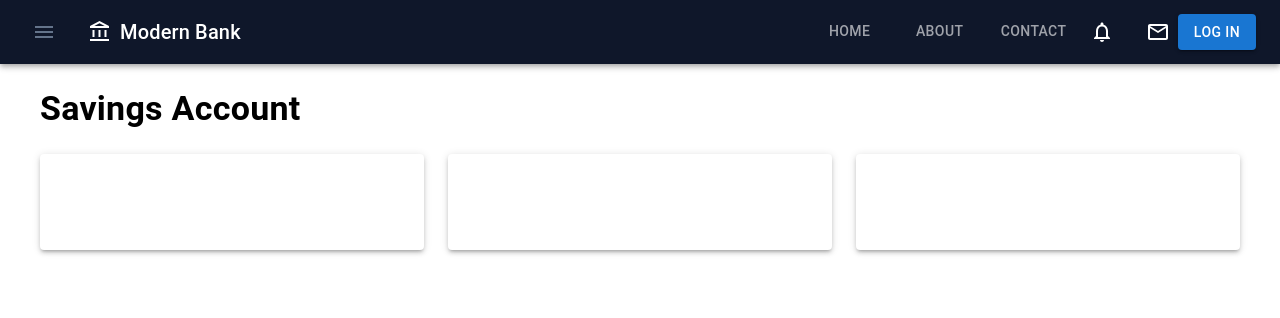
Repository: MohammadMazloum123/Moder-Bank-Full-Stack-Project
Page: /savings-account (app in Desktop/front-modernbank/front-modernbank/)
An editor plug-in stored every save of this project. The page is shown before and after a run of saves, followed by the edit.
The browser window is 1280 px wide. The pictures show the whole page.
The project was rebuilt for these pictures with package versions that can differ from the ones it lists, and the page was loaded fresh each time. Also part of the build but not shown: Desktop/front-modernbank/front-modernbank/src/components/HomePage.jsx, Desktop/front-modernbank/front-modernbank/src/transactions/NewTransaction.tsx, Desktop/front-modernbank/front-modernbank/src/transactions/TransactionsHistory.tsx.

Above is the page before, as saved 2024-11-18 17:16:59.

### Desktop/front-modernbank/front-modernbank/public/index.html
<!DOCTYPE html>
<html lang="en">
  <head>

    <meta charset="utf-8" />
    <link rel="icon" href="%PUBLIC_URL%/favicon.ico" />
    <meta name="viewport" content="width=device-width, initial-scale=1" />
    <meta name="theme-color" content="#000000" />
    <meta
      name="description"
      content="Web site created using create-react-app"
    />
    <link rel="apple-touch-icon" href="%PUBLIC_URL%/logo192.png" />

    <link rel="manifest" href="%PUBLIC_URL%/manifest.json" />

    <title>Modern Bank App</title>
    <style>
      body{
        margin: 0;
        padding: 0;
        box-sizing: border-box;
      }
    </style>
  </head>
  <body>
    <noscript>You need to enable JavaScript to run this app.</noscript>
    <div id="root"></div>
  </body>
</html>

### Desktop/front-modernbank/front-modernbank/src/App.js
import React from "react";
import { Box} from "@mui/material";
import NavBar from "./components/NavBar";
import {BrowserRouter as Router} from "react-router-dom";
import AppRoutes from "./route/AppRoutes.tsx";


function App() {
  return (
    <Router>
      <Box>
        <NavBar/>
      </Box>
      <AppRoutes/>
    </Router>
  );
}

export default App;

### Desktop/front-modernbank/front-modernbank/src/components/NavBar.jsx
import { AppBar, Toolbar, Typography, Tabs, Tab, Button, Box } from '@mui/material'
import React, { useState } from 'react'
import DrawerComp from '../DrawerComp';
import NotificationsNoneOutlinedIcon from '@mui/icons-material/NotificationsNoneOutlined';
import EmailOutlinedIcon from '@mui/icons-material/EmailOutlined';
import { AccountBalanceOutlined } from '@mui/icons-material';
import { Link } from 'react-router-dom';

const NavBar = () => {
    const [value, setvalue] = useState();
return (
    <AppBar position='sticky' sx={{bgcolor:"#0f172a"}}>
        <Toolbar>

                <DrawerComp/>
                <Box display="flex" alignItems="center" flex={3} ml={3}>
                    <AccountBalanceOutlined fontSize='medium' sx={{ color: "white", mr: 1 }} />
                        <Typography variant='h6' color='inherit'>
                            Modern Bank
                        </Typography>
                </Box>
            <Box display="flex" flex={0.7} justifyContent="center">
                <Tabs
                textColor='inherit'
                indicatorColor='secondary'
                value={value}
                onChange={(e, value) => setvalue(value)}
                >
                        <Tab LinkComponent={Link} to="/" label="Home"/>
                        <Tab label="About"/>
                        <Tab label="Contact"/>
                </Tabs>
            </Box>
            <Box display="flex" flex={0.4} alignItems="center" justifyContent="center">
                <NotificationsNoneOutlinedIcon sx={{mr:4}}/>
                <EmailOutlinedIcon/>
            </Box>
            <Box display="flex" justifyContent="flex-end">
                <Button sx={{marginLeft:'auto'}} variant='contained'>Log In</Button>
            </Box>
        </Toolbar>
    </AppBar>
)
}

export default NavBar

### Desktop/front-modernbank/front-modernbank/src/route/AppRoutes.tsx
import React from 'react'
import {Routes, Route} from "react-router-dom";
import HomePage from '../components/HomePage';
import NewTransaction from '../transactions/NewTransaction.tsx';
import TransactionsHistory from '../transactions/TransactionsHistory.tsx';
import SavingsAccount from '../savings/SavingsAccount.tsx';

const AppRoutes = () => {
    return (
        <Routes>
            <Route path='/' element={<HomePage/>}/>
            <Route path='/new-transactions' element={<NewTransaction/>}/>
            <Route path='/transactions-history' element={<TransactionsHistory/>}/>
            <Route path='/savings-account' element={<SavingsAccount/>}/>
        </Routes>
    )
}

export default AppRoutes

### Desktop/front-modernbank/front-modernbank/src/DrawerComp.jsx
import React, {useState} from 'react'
import MenuIcon from '@mui/icons-material/Menu';
import {
    Drawer,
    IconButton,
    List,
    ListItemButton,
    ListItemIcon,
    ListItemText,
    Typography,
    Collapse,
    Divider,
    Box,
    Switch
    } from '@mui/material';

import {
    ExpandLess,
    ExpandMore,
    AddOutlined,
    SavingsOutlined,
    HistoryOutlined,
    CreditCardOutlined,
    TrendingUpOutlined,
    AccountBalanceOutlined,
    PercentOutlined,
    AttachMoneyOutlined,
    ShowChartOutlined,
    LogoutOutlined,
} from "@mui/icons-material";
import { Link } from 'react-router-dom';


const DrawerComp = () => {
    const [OpenDrawer, setOpenDrawer] = useState(false);
      // Dropdown states
        const [transactionsOpen, setTransactionsOpen] = useState(false);
        const [savingsOpen, setSavingsOpen] = useState(false);
        const [expenseTracker, setExpenseTracker] = useState(false);

return (
    <>
        <Drawer
        open={OpenDrawer}
        onClose={() => setOpenDrawer(false)}
        sx={{padding: "16px"}}
        >
        <Typography
            variant="h6"
            sx={{
            padding: 2,
            textAlign: "center",
            bgcolor: "#0f172a",
            color: "white",
        }}
        >
            Modern Bank
        </Typography>
        <Divider/>

            <List sx={{p: 2 ,width:"340px"}}>
                {/* Account Transactions Dropdown */}
                <ListItemButton onClick={() => setTransactionsOpen(!transactionsOpen)}>
                    <ListItemIcon>
                        <CreditCardOutlined/>
                    </ListItemIcon>
                    <ListItemText primary="Transactions"/>
                    {transactionsOpen ? <ExpandLess/> : <ExpandMore/>}
                </ListItemButton>
                <Collapse in={transactionsOpen} timeout="auto" unmountOnExit>
                    <List component="div" disablePadding sx={{pl : 2}}>
                        <ListItemButton component={Link} to="/new-transactions">
                            <ListItemIcon>
                                <AddOutlined fontSize='small'/>
                            </ListItemIcon>
                        <ListItemText primary="New Transactions"/>
                        </ListItemButton>
                        <ListItemButton component={Link} to="/transactions-history">
                            <ListItemIcon>
                                <HistoryOutlined fontSize='small'/>
                            </ListItemIcon>
                        <ListItemText primary="Transactions History"/>
                        </ListItemButton>
                    </List>
                </Collapse>
                <Divider/>
                {/* Savings Dropdown */}
                <ListItemButton onClick={() => setSavingsOpen(!savingsOpen)}>
                    <ListItemIcon>
                        <SavingsOutlined fontSize='small'/>
                    </ListItemIcon>
                    <ListItemText primary="Savings"/>
                    {savingsOpen ? <ExpandLess/> : <ExpandMore/>}
                </ListItemButton>
                <Collapse in={savingsOpen} timeout="auto" unmountOnExit>
                    <List component="div" disablePadding sx={{pl : 2}}>
                        <ListItemButton component={Link} to="/savings-account">
                            <ListItemIcon>
                                <AccountBalanceOutlined fontSize='small'/>
                            </ListItemIcon>
                            <ListItemText primary="Savings Account"/>
                        </ListItemButton>
                        <ListItemButton>
                            <ListItemIcon>
                                <TrendingUpOutlined fontSize='small'/>
                            </ListItemIcon>
                            <ListItemText primary="Savings Goals"/>
                        </ListItemButton>
                        <ListItemButton>
                            <ListItemIcon>
                                <PercentOutlined fontSize='small'/>
                            </ListItemIcon>
                            <ListItemText primary="Interest Rate"/>
                        </ListItemButton>
                    </List>
                </Collapse>
                <Divider/>
            <ListItemButton onClick={() => setExpenseTracker(!expenseTracker)}>
                <ListItemIcon>
                    <AttachMoneyOutlined fontSize='small'/>
                </ListItemIcon>
                    <ListItemText primary="Expense Tracker" />
                    {transactionsOpen ? <ExpandLess/> : <ExpandMore/>}
            </ListItemButton>
            <Collapse in={expenseTracker} timeout="auto" unmountOnExit>
                <List component="div" disablePadding sx={{pl : 2}}>
                    <ListItemButton>
                        <ListItemIcon>
                            <ShowChartOutlined fontSize='small'/>
                        </ListItemIcon>
                        <ListItemText primary="Track Expenses"/>
                    </ListItemButton>
                </List>
            </Collapse>
              {/* Dark Mode Switch */}
        <Box display="flex" alignItems="center" mt={2}>
            <Typography variant="body1" sx={{ flexGrow: 1 }}>
                Dark Mode
            </Typography>
            <Switch
                inputProps={{ 'aria-label': 'Dark Mode Switch' }}
            />

            <ListItemButton>
                        <ListItemText primary="Log Out"/>
                        <ListItemIcon>
                            <LogoutOutlined/>
                        </ListItemIcon>
                    </ListItemButton>
        </Box>
            </List>
        </Drawer>
        {/* Drawer Toggle Button */}
        <IconButton onClick={() => setOpenDrawer(!OpenDrawer)}>
            <MenuIcon sx={{color:"#64748b"}}/>
        </IconButton>
    </>
)
}

export default DrawerComp

### Desktop/front-modernbank/front-modernbank/src/savings/SavingsAccount.tsx
import React, { useState } from 'react';
import {
    Typography,
    Box,
    Paper,
    Grid,
    Button,
    Table,
    TableBody,
    TableCell,
    TableContainer,
    TableHead,
    TableRow,
    LinearProgress,
    Chip,
    Dialog,
    DialogTitle,
    DialogContent,
    DialogActions,
    TextField,
} from '@mui/material';

// Mock data for demonstration
const mockSavingsAccounts = [
    { id: 1, name: 'Emergency Fund', balance: 5000, goal: 10000, interestRate: 1.5, lastTransaction: '2023-05-15' },
    { id: 2, name: 'Vacation Savings', balance: 2500, goal: 5000, interestRate: 2.0, lastTransaction: '2023-05-10' },
    { id: 3, name: 'New Car Fund', balance: 7500, goal: 15000, interestRate: 1.8, lastTransaction: '2023-05-20' },
];

const SavingsAccount = () => {
    const [openDialog, setOpenDialog] = useState(false);
    const [accounts, setAccounts] = useState(mockSavingsAccounts);
    const [newAccount, setNewAccount] = useState({name:'', goal:''})

    const handleOpenDialog = () => setOpenDialog(true);
    const handleCloseDialog = () => setOpenDialog(false);

    const handleAccount = () => {
        if(newAccount.name && newAccount.goal){
            const newAccountData = {
                id: accounts.length + 1,
                name: newAccount.name,
                balance: 0 ,
                goal: parseFloat(newAccount.name),
                interestRate : 1.5,
                lastTransaction: new Date().toISOString().split('T')[0],
            };
            setAccounts([...accounts, newAccountData]);
            setNewAccount({name:'', goal:''});
            handleCloseDialog();
        }
    };
return (
    <Box sx={{maxWidth:1200, mx:'auto', p:3}}>
        <Typography component="h1" variant='h4' gutterBottom sx={{fontWeight:'bold', mb:3}}>
            Savings Account
        </Typography>
        <Grid container spacing={3} sx={{mb:3}}>
            {accounts.map((account) =>(
                <Grid item xs={12} md={4} key={account.id}>
                    <Paper elevation={3} sx={{display:'flex', height:'100%', flexDirection:'column', p: 3}}>

                    </Paper>
                </Grid>
            ))}

        </Grid>
    </Box>
)
}

export default SavingsAccount

Loaded but not shown: Desktop/front-modernbank/front-modernbank/src/index.js (common file); Desktop/front-modernbank/front-modernbank/src/reportWebVitals.js (common file)

After the next 4 saves:
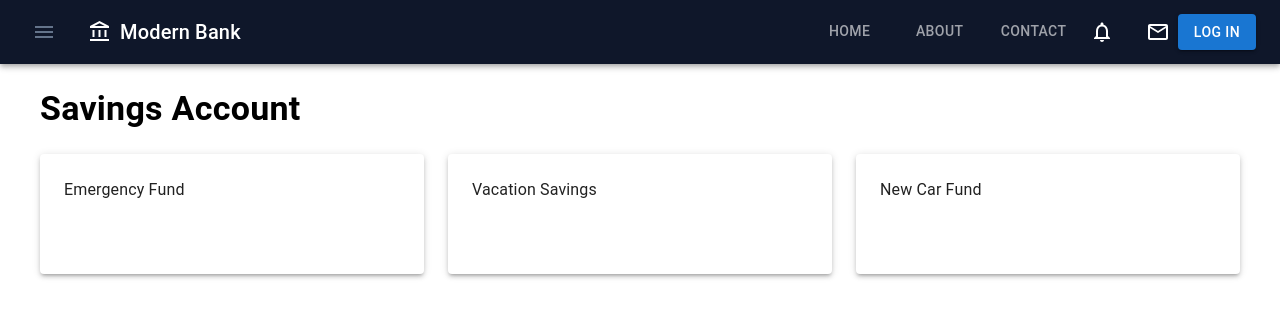
The 4 saves are shown as one change because 1 did not build or start and some came seconds apart.
The last was saved 24 s later.
--- a/Desktop/front-modernbank/front-modernbank/src/savings/SavingsAccount.tsx
+++ b/Desktop/front-modernbank/front-modernbank/src/savings/SavingsAccount.tsx
@@ -59,7 +59,7 @@ return (
             {accounts.map((account) =>(
                 <Grid item xs={12} md={4} key={account.id}>
                     <Paper elevation={3} sx={{display:'flex', height:'100%', flexDirection:'column', p: 3}}>
-
+                        <Typography>{account.name}</Typography>
                     </Paper>
                 </Grid>
             ))}
